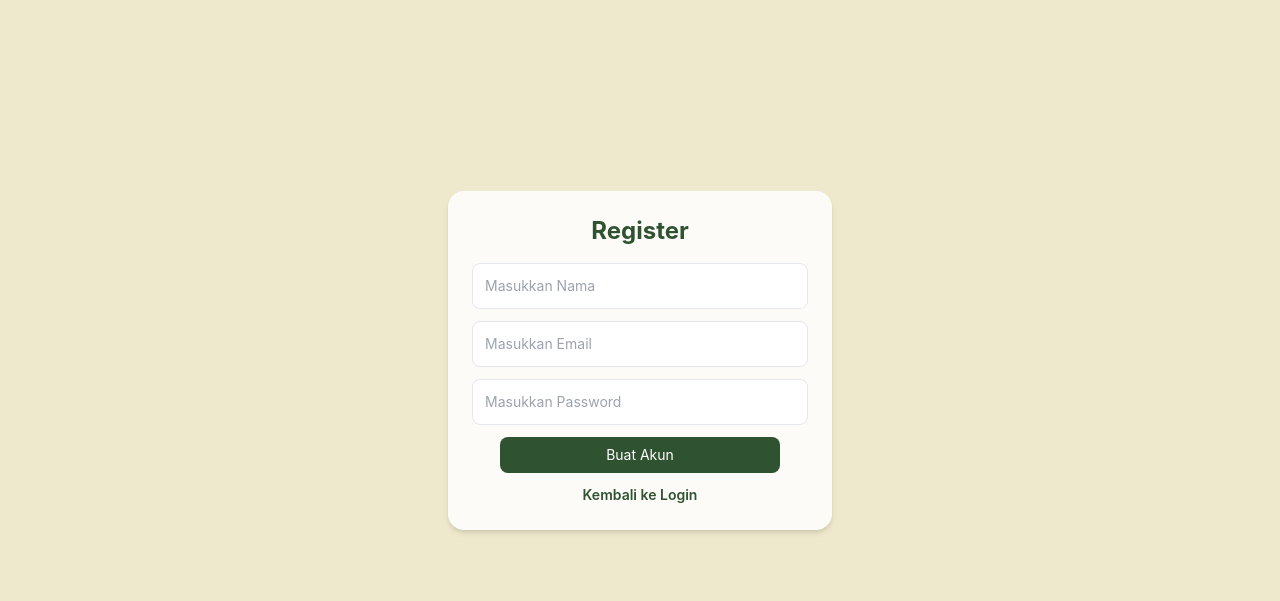
Repository: PajarAland/DiagramCoffee
Page: /register
The author's editor kept a copy of each file at every save. The page is drawn from the files as they stood at one save, then again after the next save.
The browser window is 1280 px wide. The pictures show the whole page.
The project was rebuilt for these pictures with package versions that can differ from the ones it lists, and the page was loaded fresh each time. Also part of the build but not shown: vite.config.js, src/pages/Landing.jsx, src/pages/Login.jsx.

Above is the page before, as saved 2026-04-25 04:33:04.

After the next save:
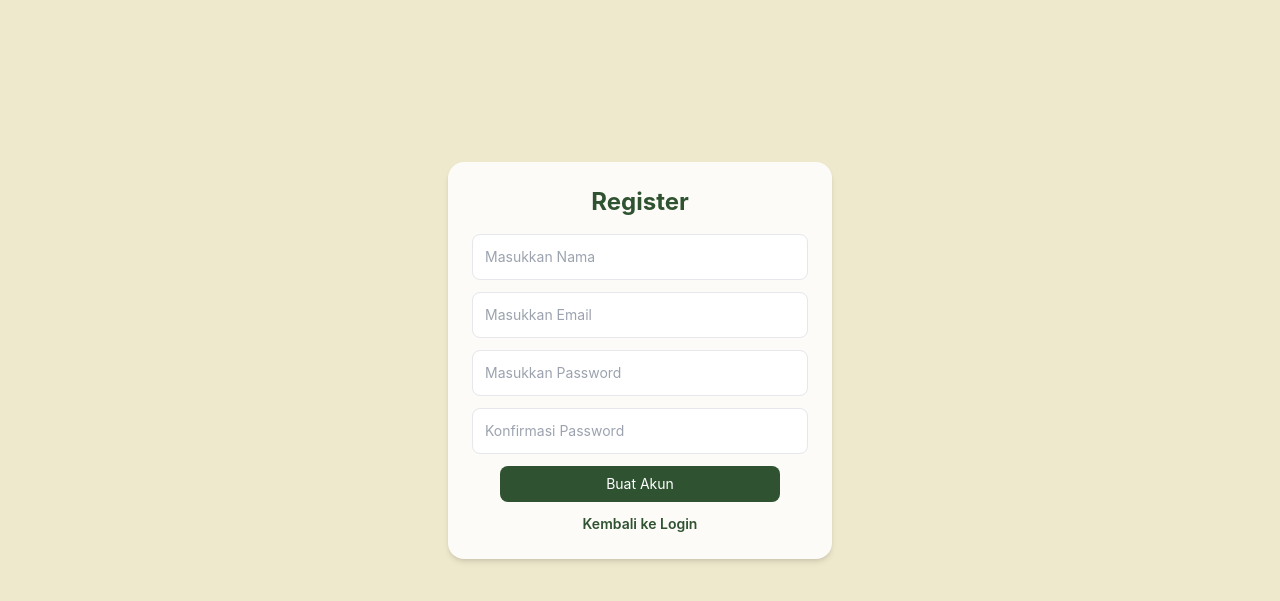
Saved 89 s later.
--- a/src/pages/Register.jsx
+++ b/src/pages/Register.jsx
@@ -8,6 +8,7 @@ function Register() {
     const [name, setName] = useState("");
     const [email, setEmail] = useState("");
     const [password, setPassword] = useState("");
+    const [passwordConfirmation, setPasswordConfirmation] = useState("");
 
     const handleRegister = async (e) => {
         e.preventDefault();
@@ -81,6 +82,14 @@ function Register() {
                         className="w-full border rounded-lg px-3 py-3 text-sm outline-none"
                     />
 
+                    <input
+                        type="password"
+                        placeholder="Konfirmasi Password"
+                        value={passwordConfirmation}
+                        onChange={(e) => setPasswordConfirmation(e.target.value)}
+                        className="w-full border rounded-lg px-3 py-3 text-sm outline-none"
+                    />
+
                     <button
                         type="submit"
                         className="w-10/12 bg-[#2F5231] text-sm text-white py-2 rounded-lg mt-4"
